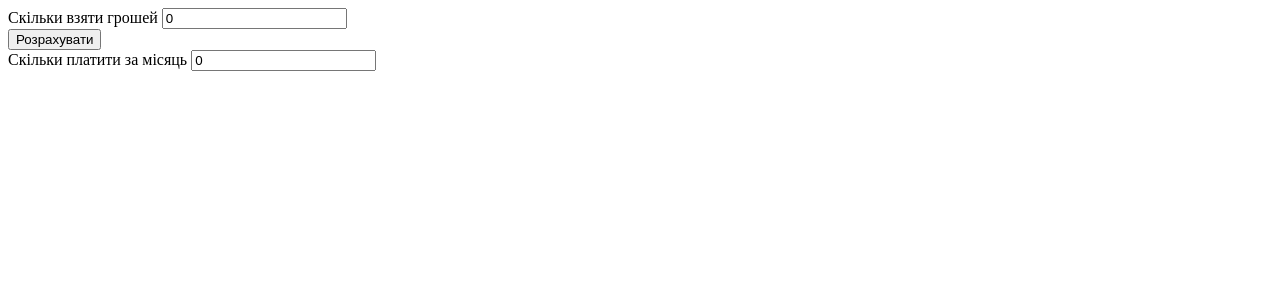
Repository: KYUUBI-K/HTML
Page: За 2 курс/test Vuejs/credit.html
An editor plug-in stored every save of this project. The page is shown before and after the next save, followed by the edit.
The browser window is 1280 px wide. The pictures show the whole page.

Above is the page before, as saved 2021-09-03 21:21:41.

After the next save:
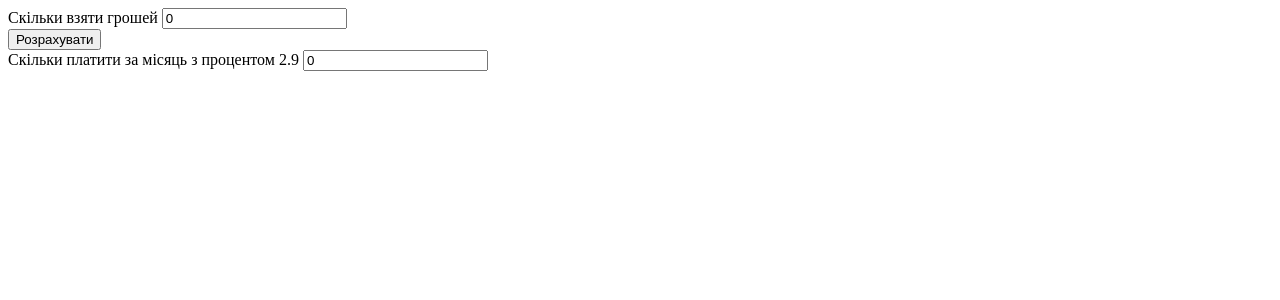
Saved 38 s later.
--- a/За 2 курс/test Vuejs/credit.html
+++ b/За 2 курс/test Vuejs/credit.html
@@ -21,7 +21,7 @@
         </button>
         </div>
             <label >
-                Скільки платити за місяць
+                Скільки платити за місяць з процентом 2.9
                 <input type="text" :value=your_pay>
             </label>
         </div>
